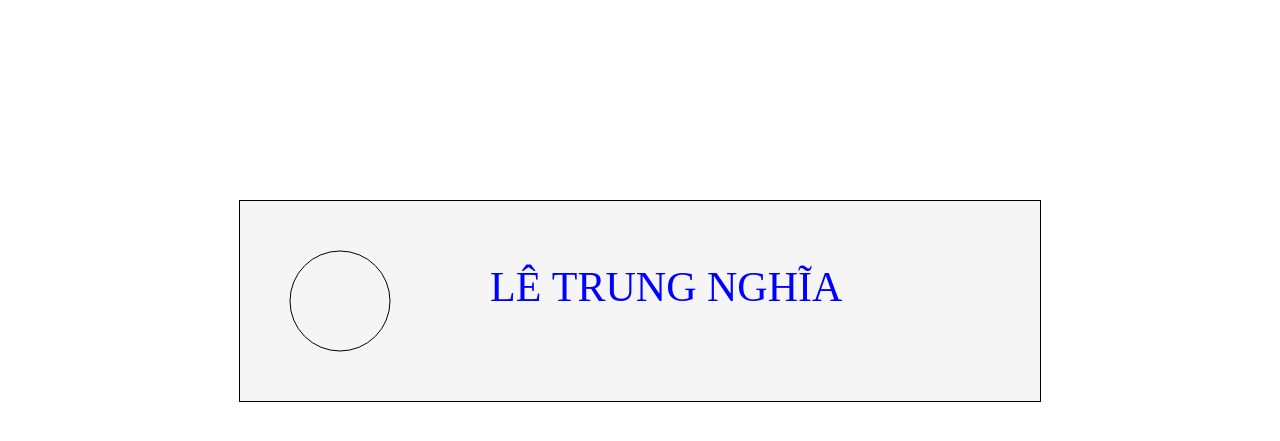
Repository: Nghia19/WEB20022-_00
Page: HTML5_CSS3/bai-4.html
The author's editor kept a copy of each file at every save. The page is drawn from the files as they stood at one save, then again after the next save.
The browser window is 1280 px wide. The pictures show the whole page.

Above is the page before, as saved 2021-06-26 13:39:13.

### HTML5_CSS3/bai-4.html
<!DOCTYPE html>
<html lang="en">
  <head>
    <meta charset="UTF-8" />
    <meta http-equiv="X-UA-Compatible" content="IE=edge" />
    <meta name="viewport" content="width=device-width, initial-scale=1.0" />
    <title>Bài 4</title>
  </head>

  <body>
    <canvas
      id="arcexmaple"
      width="800"
      height="200"
      style="
        display: block;
        margin: 200px auto;
        background: whitesmoke;
        border-color: rgb(162, 0, 255);
        border: 1px solid #000;
      "
    >
    </canvas>
    <script>
      const canvas = document.getElementById("arcexmaple");
      let ctx = canvas.getContext("2d");
      ctx.font = "42px serif";
      ctx.fillStyle = "blue";
      ctx.fillText("LÊ TRUNG NGHĨA", 250, 100);
      ctx.beginPath();
      ctx.arc(100, 100, 50, 0, 2 * Math.PI);
      ctx.stroke();
    </script>
  </body>
</html>

After the next save:
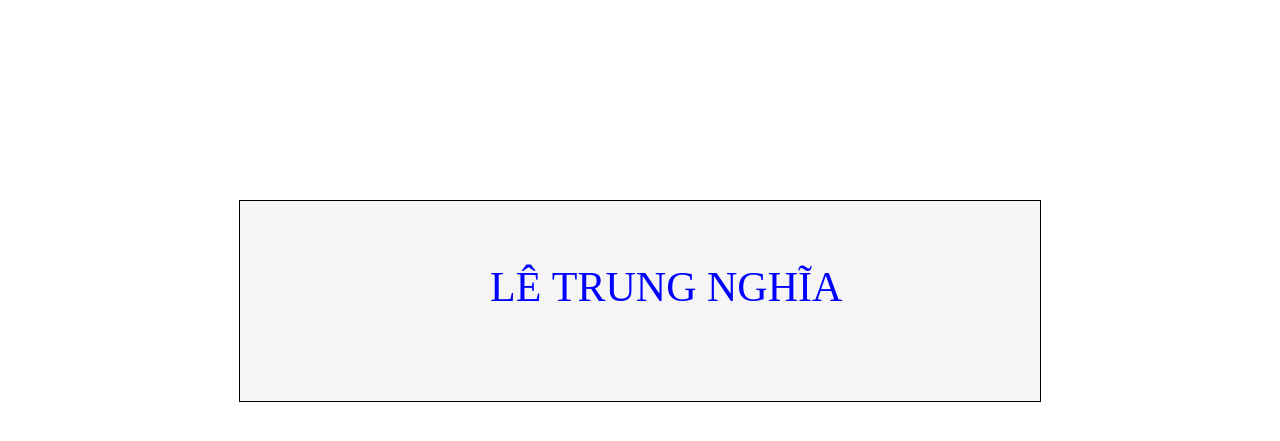
Saved 5 s later.
--- a/HTML5_CSS3/bai-4.html
+++ b/HTML5_CSS3/bai-4.html
@@ -29,7 +29,7 @@
       ctx.fillText("LÊ TRUNG NGHĨA", 250, 100);
       ctx.beginPath();
       ctx.arc(100, 100, 50, 0, 2 * Math.PI);
-      ctx.stroke();
+      // ctx.stroke();
     </script>
   </body>
 </html>

After the save that followed:
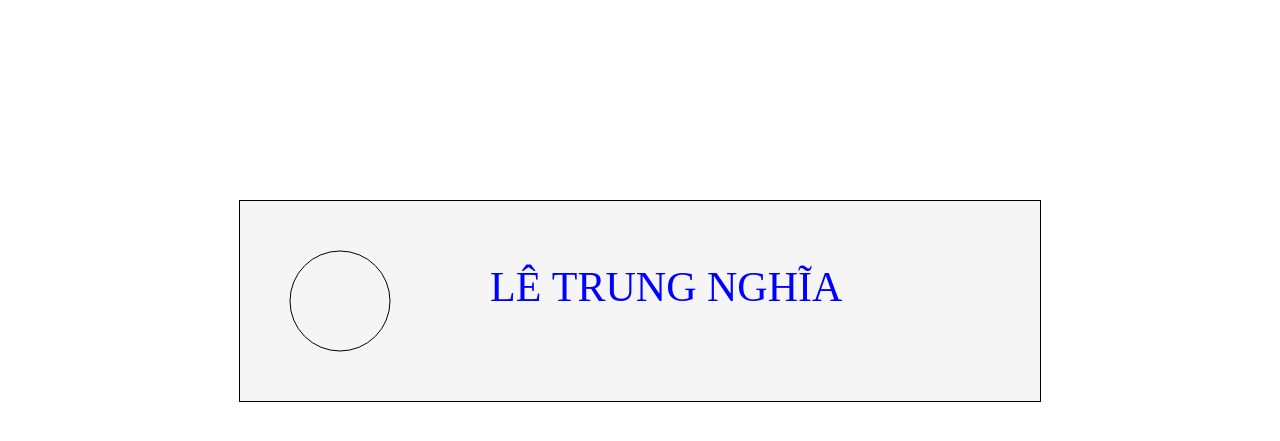
Saved 5 s later.
--- a/HTML5_CSS3/bai-4.html
+++ b/HTML5_CSS3/bai-4.html
@@ -29,7 +29,7 @@
       ctx.fillText("LÊ TRUNG NGHĨA", 250, 100);
       ctx.beginPath();
       ctx.arc(100, 100, 50, 0, 2 * Math.PI);
-      // ctx.stroke();
+      ctx.stroke();
     </script>
   </body>
 </html>
